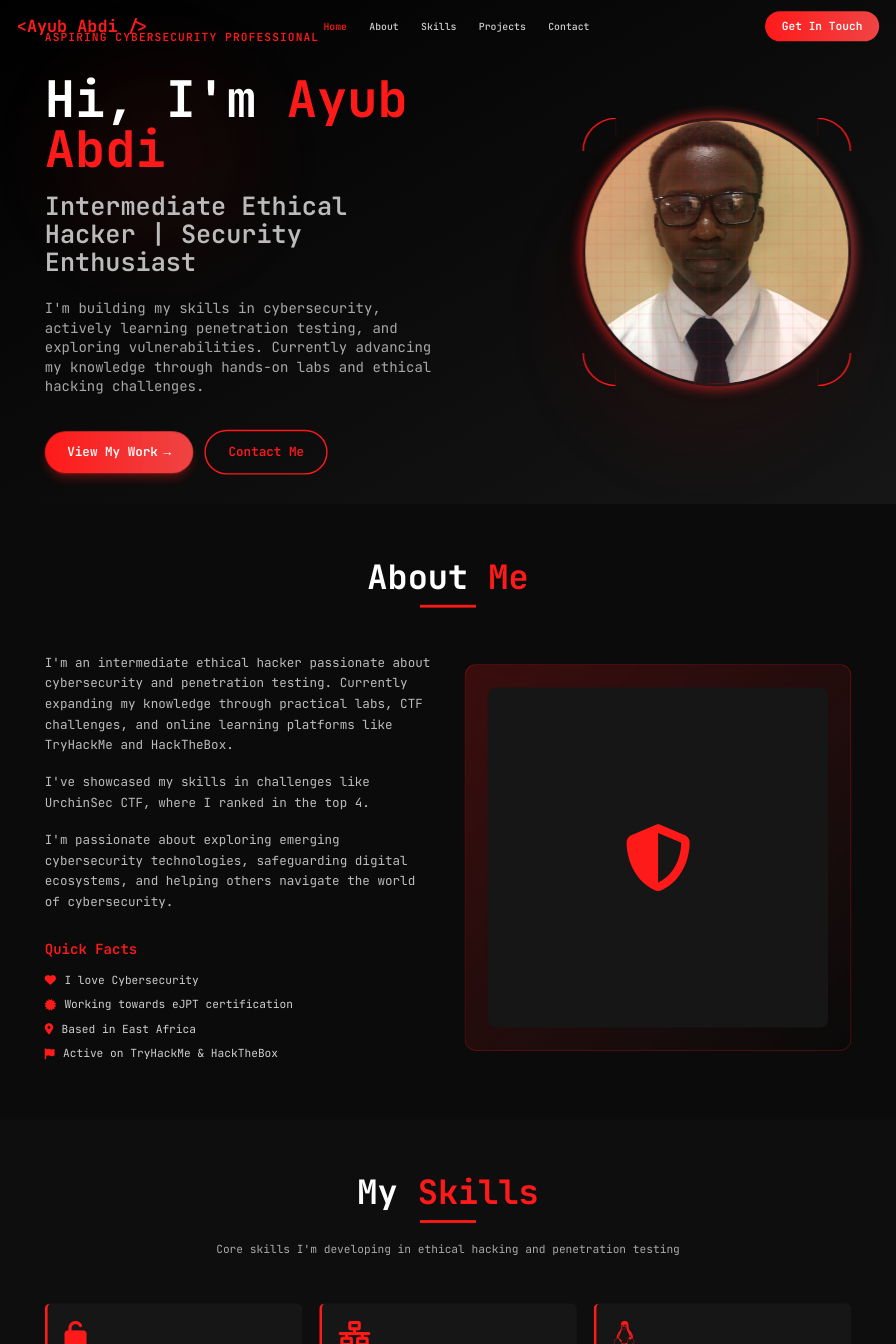
Repository: Eyub-Abdi/portfolio
Page: /
The author's editor kept a copy of each file at every save. The page is drawn from the files as they stood at one save, then again after the next save.
The browser window is 1280 px wide. The pictures show the part of the page from y = 0 to 1920 px (the page is 5001 px tall), at 70% of full size.
The project was rebuilt for these pictures with package versions that can differ from the ones it lists, and the page was loaded fresh each time. Also part of the build but not shown: vite.config.ts.

Above is the page before, as saved 2025-12-02 12:14:49.

After the next save:
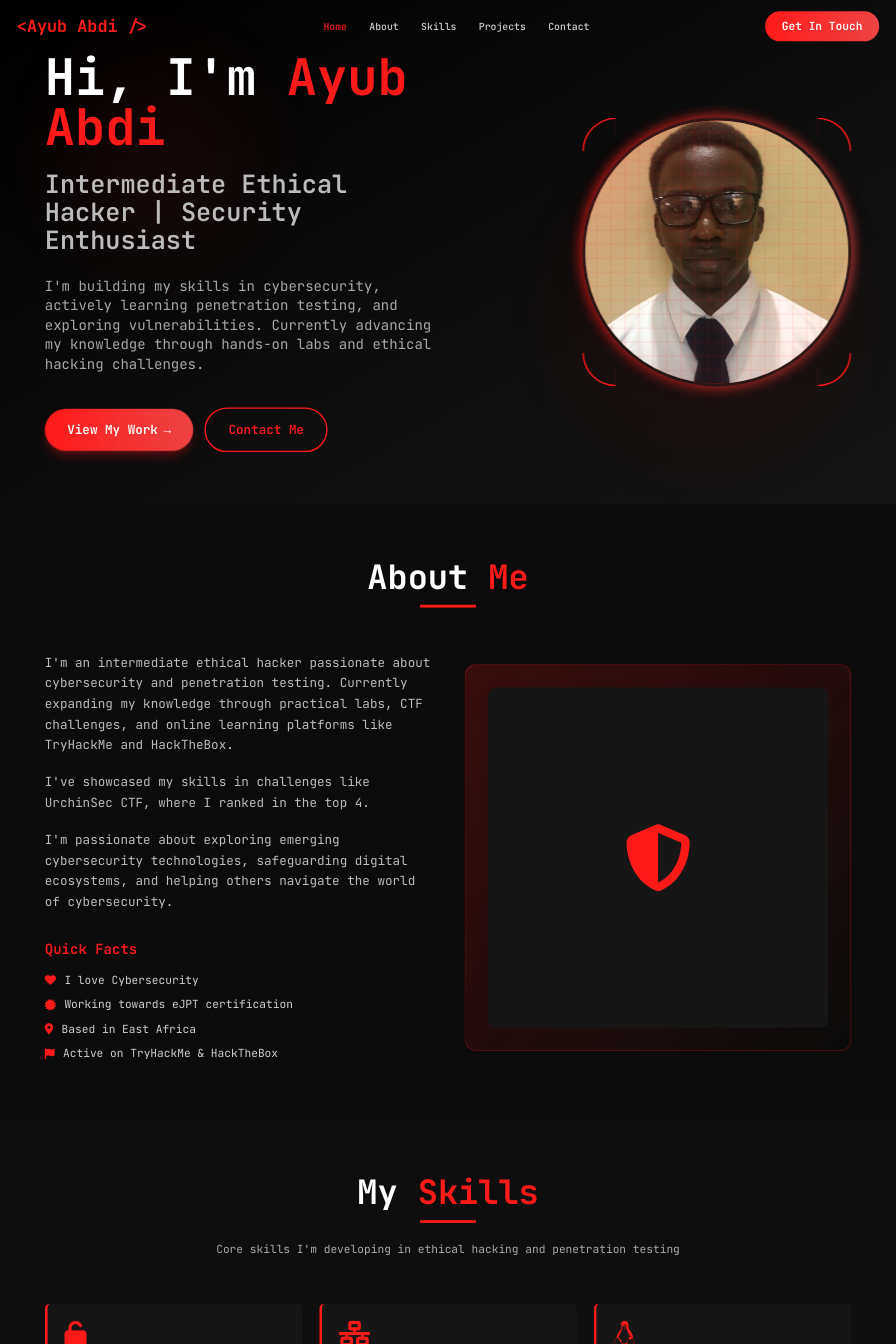
Saved 2 min 19 s later.
--- a/src/App.tsx
+++ b/src/App.tsx
@@ -128,10 +128,6 @@ function App() {
           <div className="grid md:grid-cols-2 gap-12 items-center">
             {/* Text Content */}
             <div className="text-center md:text-left">
-              <div className="mb-6 overflow-hidden">
-                <p className="text-red-terminal text-sm md:text-base font-semibold uppercase tracking-widest mb-4 animate-fade-in">Aspiring Cybersecurity Professional</p>
-              </div>
-
               <h1 className="text-5xl md:text-6xl lg:text-7xl font-bold text-white mb-6 leading-tight">
                 Hi, I'm <span className="text-red-terminal">Ayub Abdi</span>
               </h1>
